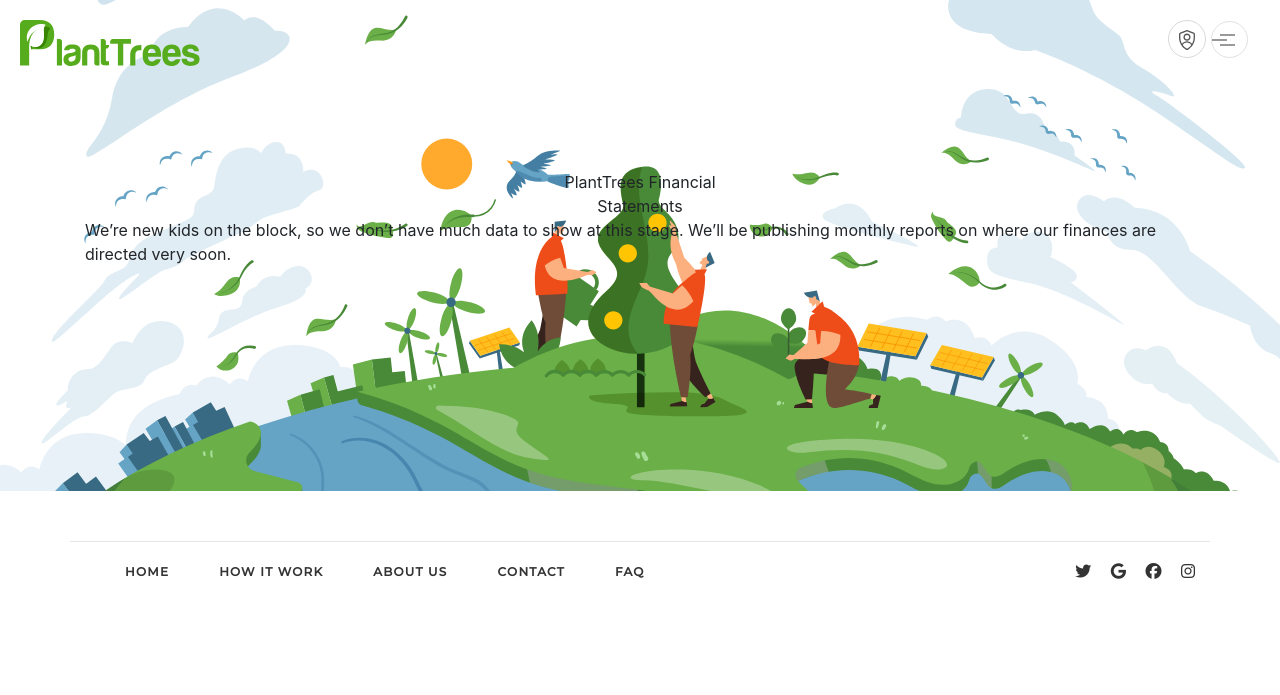
Repository: caothaito/b6g6
Page: bogo/financial.html
These files come from the project's save history. The page is drawn as it stood at one moment and after the next save; the edit follows.
The browser window is 1280 px wide. The pictures show the whole page.
Some web libraries are served in a nearby version. The style sheet was rebuilt from its Sass, Less or Tailwind sources for each picture, by a compiler version that may differ from the author's.

Above is the page before, as saved 2020-09-17 10:27:28.

### bogo/financial.html
<!DOCTYPE html>
<html lang="en">

<head>
    <meta charset="UTF-8">
    <meta name="viewport" content="width=device-width, initial-scale=1.0">
    <title>Document</title>
    <link rel="stylesheet" href="https://maxcdn.bootstrapcdn.com/bootstrap/4.0.0/css/bootstrap.min.css"
        integrity="sha384-Gn5384xqQ1aoWXA+058RXPxPg6fy4IWvTNh0E263XmFcJlSAwiGgFAW/dAiS6JXm" crossorigin="anonymous">

    <script src="https://ajax.googleapis.com/ajax/libs/jquery/3.5.1/jquery.min.js"></script>
    <!-- ==============fontawesome=== -->
    <script src="https://kit.fontawesome.com/c28984a6f5.js" crossorigin="anonymous"></script>
    <!-- ================owl================== -->
    <link rel="stylesheet" href="owlcarousel/assets/owl.carousel.min.css">
    <link rel="stylesheet" href="owlcarousel/assets/owl.theme.default.min.css">
    <script src="owlcarousel/owl.carousel.min.js"></script>

    <!-- =========================== -->
    <link rel="stylesheet" href="./assets/css/style.css">
    <link rel="stylesheet" href="./assets/css/financial.css">
</head>

<body>
    <div class="plant-trees-main main-contact-us float-left w-100">
        <div class="plant-trees-home  float-left w-100">
            <div class="plant-trees-home-searchTop float-left w-100 ">
                <a href="#" class="plant-trees-topLogo" id="topLogo">
                    <img src="./assets/images/logo.svg" alt="" class="plant-trees-logo">
                </a>
                <div class="plant-trees-searchRight float-right ">
                    <div class="plant-trees-account">
                        <div class="plant-trees-account-info" style="display:none">
                            <div class="item float-left ">
                                <div class="icon float-left">
                                    <img src="./assets/images/square.svg" alt="square.svg">
                                </div>
                                <div class="content float-right">
                                    <div class="title">Get Our App & Extension</div>
                                    <div class="desc">Protect your date on every device.</div>
                                </div>
                            </div>
                            <div class="item float-left ">
                                <div class="icon float-left">
                                    <img src="./assets/images/file.svg" alt="file.svg">
                                </div>
                                <div class="content float-right">
                                    <div class="title">Your searches are private</div>
                                    <div class="desc">We don't need to know what you do online. We don't record them.
                                    </div>
                                </div>
                            </div>
                            <div class="item float-left ">
                                <div class="icon float-left">
                                    <img src="./assets/images/browser.svg" alt="browser.svg">
                                </div>
                                <div class="content float-right">
                                    <div class="title">Your Searches Are Encrypted</div>
                                    <div class="desc">We protect your search behavior with encrypted connection.</div>
                                </div>
                            </div>
                            <div class="item float-left ">
                                <div class="icon float-left">
                                    <img src="./assets/images/secret-file.svg" alt="secret-file.svg">
                                </div>
                                <div class="content float-right">
                                    <div class="title">No tracking. No profiling</div>
                                    <div class="desc">We block hidden third-party trackers. We don't sell user's date.
                                    </div>
                                </div>
                            </div>
                        </div>
                    </div>
                    <div class="plant-trees-menu-mobile float-right">
                        <div class="nav-toggle">
                            <div class="nav-toggle-bar"></div>
                        </div>
                        <nav class="nav">
                            <ul>
                                <li class="menu-item menu-item-settings">
                                    <div class="wrap-link-item">
                                        <a href="#" title="Settings">Settings</a></div>
                                    <ul class="submenu">
                                        <li>
                                            <a href="#" title="Themes">Themes</a>
                                        </li>
                                        <li>
                                            <a href="#" title="Other settings">Other settings</a></li>
                                        <li>
                                            <a href="#" title="!Bang Search Shortcuts">!Bang SearchShortcuts</a>
                                        </li>
                                    </ul>
                                </li>

                            </ul>
                        </nav>
                    </div>
                </div>
            </div>
        </div>
    </div>

    <section>
        <div class="plant-trees-financial float-left w-100">
            <div class="container">
                <div class="row">
                    <div class="col-lg-12 col-md-12 col-sm-12">
                        <div class="plant-financialLeft float-left w-100">
                            <div class="financial-title float-left w-100 text-center">
                                <div class="">PlantTrees Financial</div>
                                <div class="">Statements</div>
                            </div>
                            <div class="financial-desc">
                                <div class="">We’re new kids on the block, so we don’t have much data to show at this stage. We’ll be publishing monthly reports on where our finances are directed very soon. </div>
                            </div>
                        </div>
                    </div>
                </div>
            </div>
        </div>
    </section>



    <!-- ====footer=== -->
    <footer class="footer-home float-left w-100">
        <div class="wrap">
            <div class="container">
                <div class="row">

                    <div class="footer-top float-left w-100">
                        <div class="footer-top-left col-md-7 col-sm-12 col-xs-12">
                            <ul>
                                <li><a href="#">HOME</a></li>
                                <li><a href="#">How it work</a></li>
                                <li><a href="#">About Us</a></li>
                                <li><a href="#">Contact</a></li>
                                <li><a href="#">FAQ</a></li>
                            </ul>
                        </div>
                        <div class="footer-top-right col-md-5 col-sm-12 col-xs-12">
                            <a href="#"><i class="fab fa-twitter"></i></a>
                            <a href="#"><i class="fab fa-google"></i></a>
                            <a href="#"><i class="fab fa-facebook"></i></a>
                            <a href="#"><i class="fab fa-instagram"></i></a>
                        </div>
                    </div>
                </div>

            </div>
        </div>
    </footer>


    <script>
        $(document).ready(function () {
            $(".plant-trees-account").click(function () {
                $(".plant-trees-account-info").slideToggle();
            })
        })

        $('.owl-carousel').owlCarousel({
            loop: true,
            margin: 10,
            responsiveClass: true,
            nav: true,
            responsive: {
                0: {
                    items: 2
                },
                480: {
                    items: 2
                },
                768: {
                    items: 3,
                },
                1000: {
                    items: 3,
                }
            }
        })
    </script>
</body>

<script src="https://cdnjs.cloudflare.com/ajax/libs/popper.js/1.12.9/umd/popper.min.js"
    integrity="sha384-ApNbgh9B+Y1QKtv3Rn7W3mgPxhU9K/ScQsAP7hUibX39j7fakFPskvXusvfa0b4Q" crossorigin="anonymous">
</script>
<script src="https://maxcdn.bootstrapcdn.com/bootstrap/4.0.0/js/bootstrap.min.js"
    integrity="sha384-JZR6Spejh4U02d8jOt6vLEHfe/JQGiRRSQQxSfFWpi1MquVdAyjUar5+76PVCmYl" crossorigin="anonymous">
</script>
<script src="./assets/js/main.js"></script>

</html>

### bogo/assets/css/financial.scss
@mixin respond($breakpoint) {
    @if $breakpoint==phone {
        @media (max-width: 600px) {
            @content
        }

        ; //600px
    }

    @if $breakpoint==tab-port {
        @media (max-width: 900px) {
            @content
        }

        ; //900px
    }

    @if $breakpoint==tab-land {
        @media (max-width: 1200px) {
            @content
        }

        ; //1200px
    }

    @if $breakpoint==big-desktop {
        @media (min-width: 1800px) {
            @content
        }

        ; //1800px
    }
}

.plant-trees-financial{
    background-image: url('../images/financial/asset-1.svg');
    background-size: cover;
    background-position: bottom;
    background-repeat: no-repeat;

    .plant-financialLeft{

        padding: 170px 0 225px;
        .financial-title{

        }
    }
}

Loaded but not shown: bogo/owlcarousel/assets/owl.carousel.min.css (library); bogo/owlcarousel/assets/owl.theme.default.min.css (common file); bogo/owlcarousel/owl.carousel.min.js (library); bogo/assets/js/main.js (33 lines, source omitted); bogo/assets/css/style.scss (784 lines, source omitted)

After the next save:
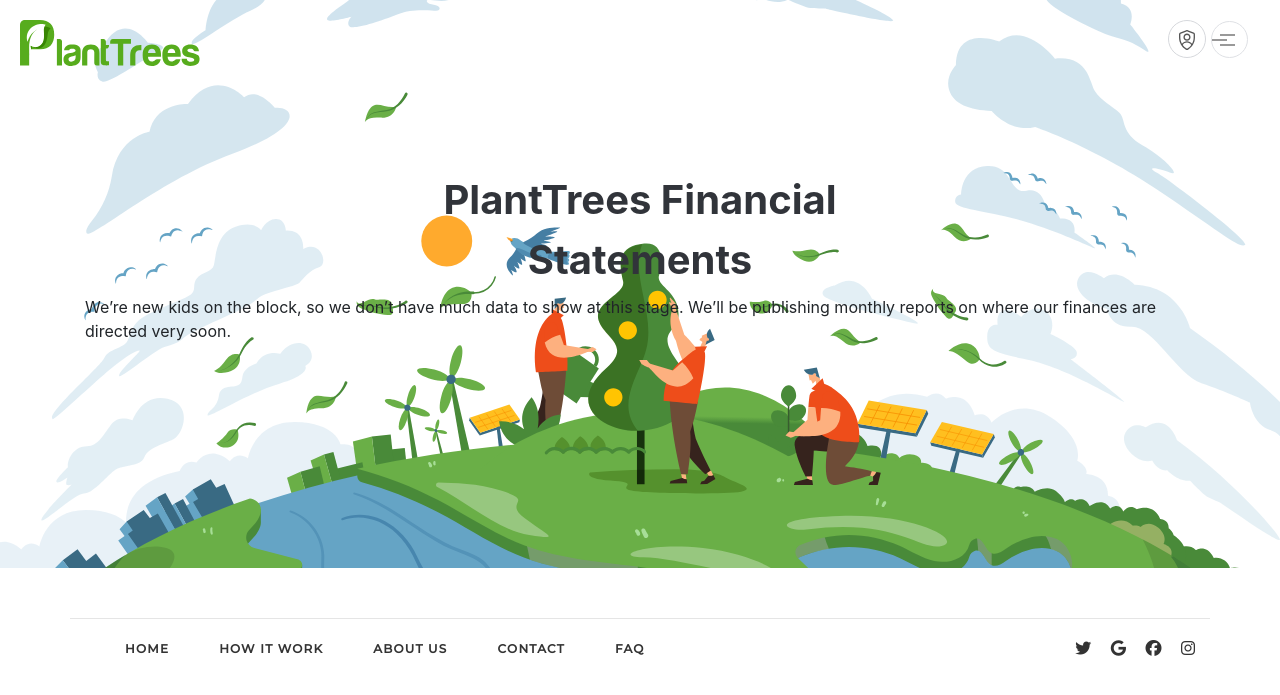
Saved 12 s later.
--- a/bogo/assets/css/financial.scss
+++ b/bogo/assets/css/financial.scss
@@ -42,7 +42,12 @@
 
         padding: 170px 0 225px;
         .financial-title{
-
+            color: #31343a;
+            padding: 0 12px 5px;
+            font-weight: 700;
+            font-size: 40px;
+            font-size: 2.5rem;
+            font-family: Inter;
         }
     }
 }
